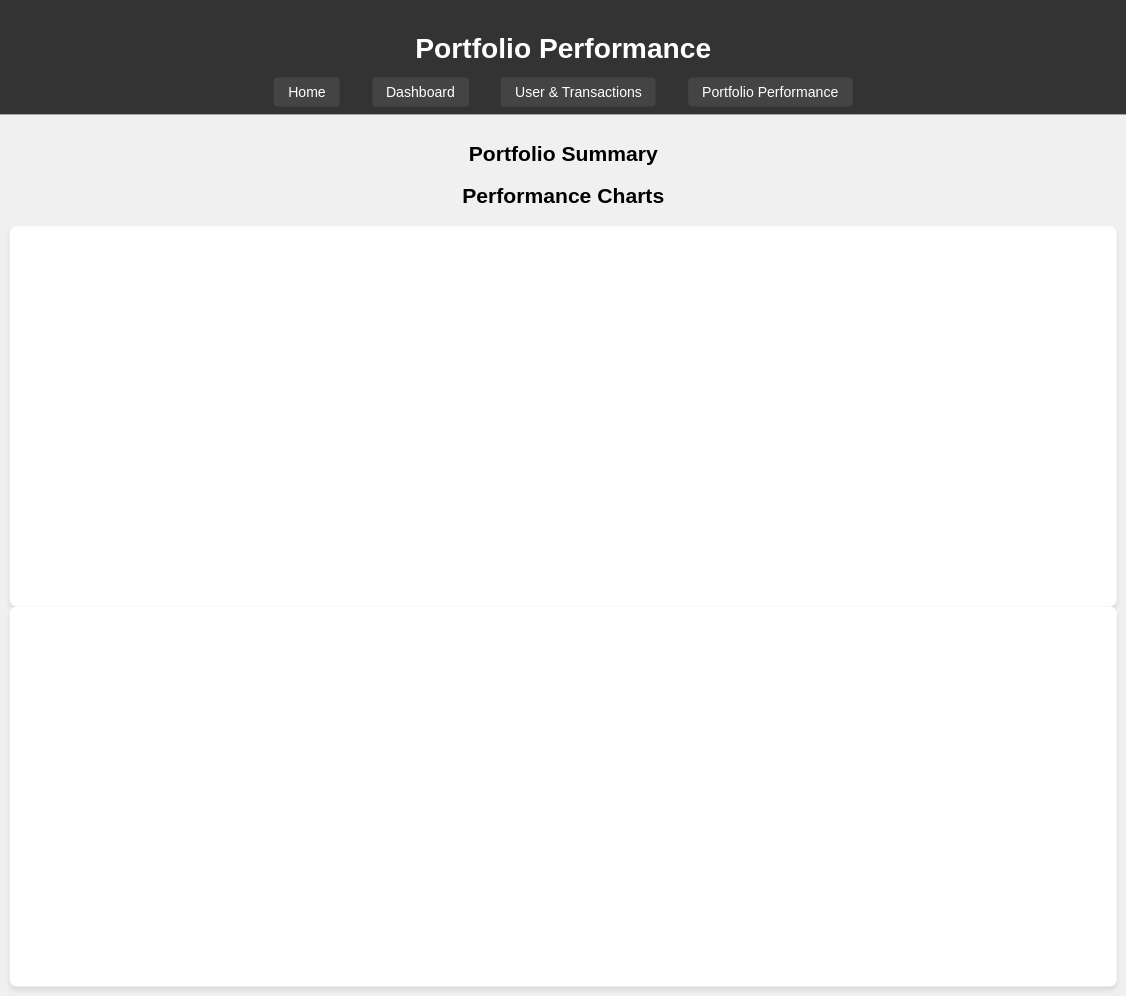
Repository: gpierre004/SP500
Page: public/portfolio-performance.html
These files come from the project's save history. The page is drawn as it stood at one moment and after the next save; the edit follows.
The browser window is 1280 px wide. The pictures show the whole page, at 88% of full size.
The page's requests for data from a server got no answer.

Above is the page before, as saved 2024-11-04 09:03:54.

After the next save:
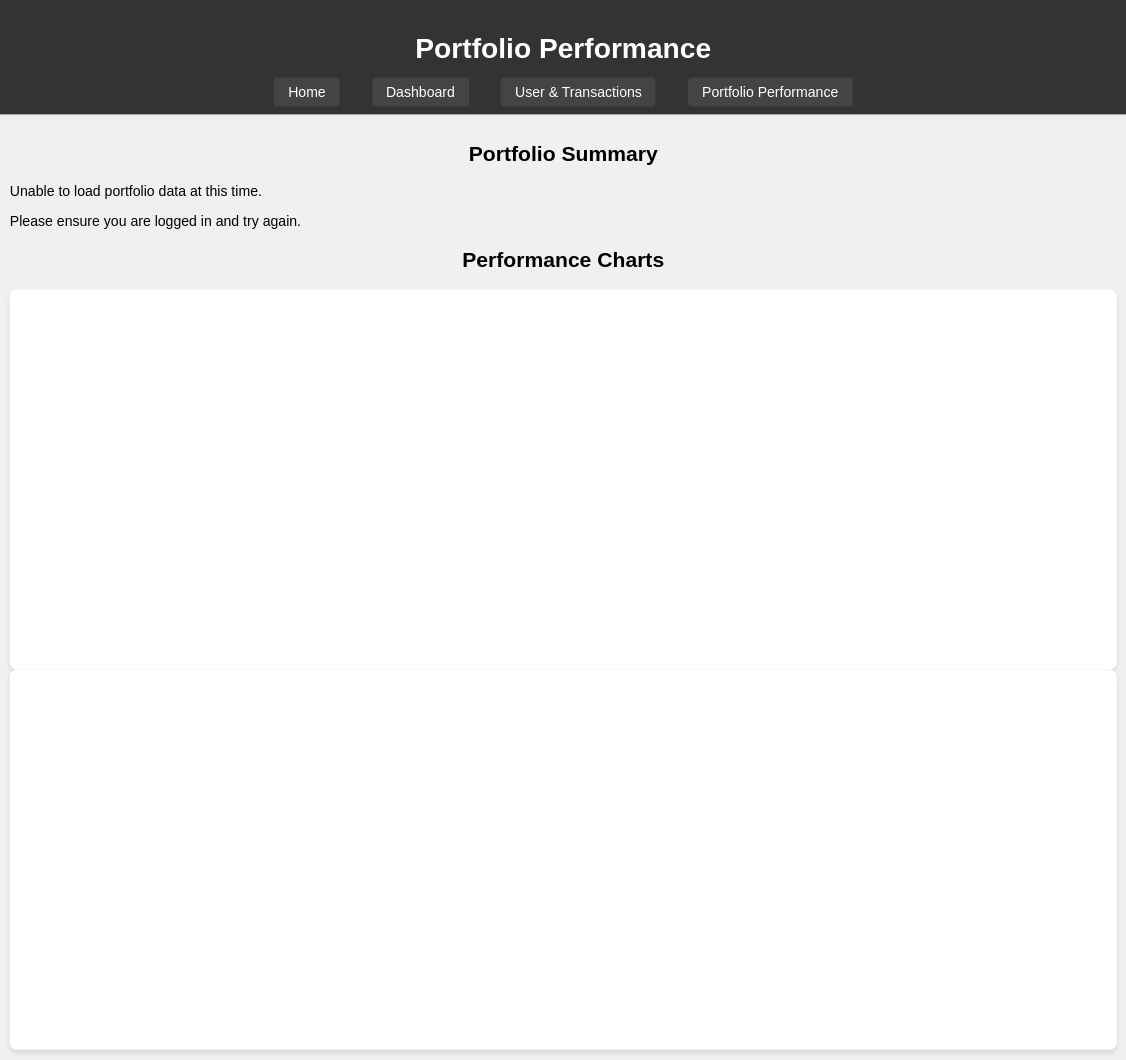
Saved 90 s later.
--- a/public/portfolio-performance.js
+++ b/public/portfolio-performance.js
@@ -1,21 +1,65 @@
 document.addEventListener('DOMContentLoaded', async () => {
+    const summaryDiv = document.getElementById('summaryDetails');
+    const messageDiv = document.createElement('div');
+    messageDiv.id = 'message';
+    document.querySelector('main').prepend(messageDiv);
+
+    function showMessage(message, type = 'info') {
+        messageDiv.textContent = message;
+        messageDiv.className = type;
+        setTimeout(() => {
+            messageDiv.textContent = '';
+            messageDiv.className = '';
+        }, 5000);
+    }
+
     try {
-        const portfolioData = await fetchPortfolioData();
-        displayPortfolioSummary(portfolioData);
-        renderPortfolioValueChart(portfolioData);
-        renderIndividualPerformanceChart(portfolioData);
+        // Initial load with default data
+        showMessage('Loading portfolio data...', 'info');
+        await fetchPortfolioData();
     } catch (error) {
-        console.error('Error loading portfolio data:', error);
+        console.error('Error loading initial data:', error);
+        showMessage('Error loading portfolio data. Please try again.', 'error');
+
+        // Display a friendly message in the summary section
+        summaryDiv.innerHTML = `
+            <div class="error-message">
+                <p>Unable to load portfolio data at this time.</p>
+                <p>Please ensure you are logged in and try again.</p>
+            </div>
+        `;
     }
 });
 
 async function fetchPortfolioData() {
-    const response = await fetch('/api/portfolio');
-    if (!response.ok) {
-        throw new Error('Failed to fetch portfolio data');
+    try {
+        const token = localStorage.getItem('token');
+        if (!token) {
+            throw new Error('No authentication token found');
+        }
+
+        const response = await fetch('/api/portfolio', {
+            headers: {
+                'Authorization': `Bearer ${token}`
+            }
+        });
+
+        if (!response.ok) {
+            throw new Error(`HTTP error! status: ${response.status}`);
+        }
+
+        const data = await response.json();
+        console.log('Portfolio data:', data);
+
+        displayPortfolioSummary(data);
+        renderPortfolioValueChart(data);
+        renderIndividualPerformanceChart(data);
+    } catch (error) {
+        console.error('Error fetching portfolio data:', error);
+        throw error;
     }
-    return await response.json();
 }
+
 
 function displayPortfolioSummary(data) {
     const summaryDiv = document.getElementById('summaryDetails');
